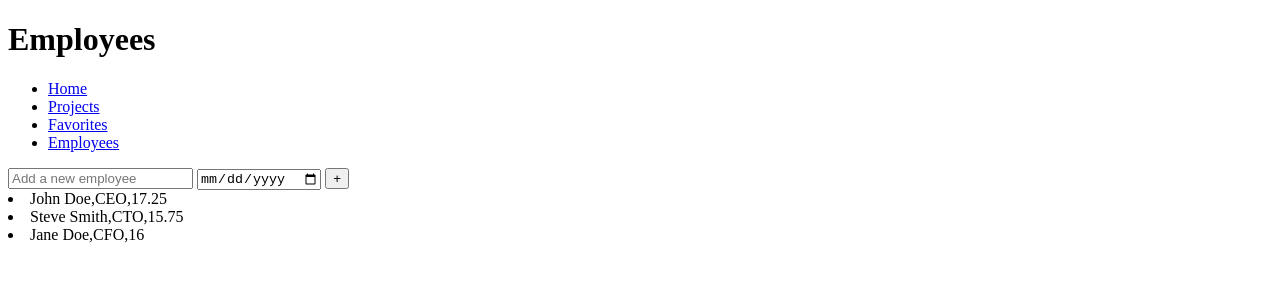
Repository: Kayla-amr/workApp
Page: client/employees.html
An editor plug-in stored every save of this project. The page is shown before and after the next save, followed by the edit.
The browser window is 1280 px wide. The pictures show the whole page.

Above is the page before, as saved 2023-12-04 06:09:35.
Console error: ReferenceError: employee is not defined

After the next save:
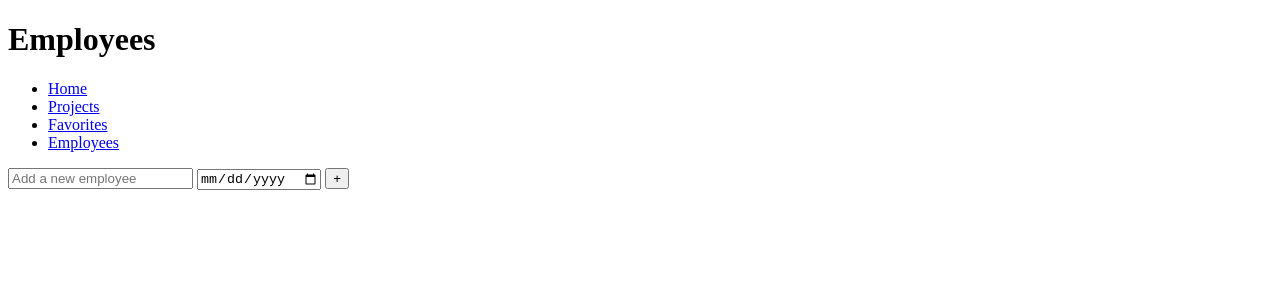
Console error: SyntaxError: Unexpected token '.'
Saved 19 s later.
--- a/client/src/main.js
+++ b/client/src/main.js
@@ -74,17 +74,7 @@
 
 
 function addEmployee() {
-    let name = document.querySelector('.name').value;
-    let title = document.querySelector('.title').value;
-    let pay = document.querySelector('.pay').value;
-    let id = employees.length + 1;
-
-    let newEmployee = {
-        id,
-        name,
-        title,
-        pay
-    };
+    let
 
     employees.push(newEmployee);
     viewWork(employees);

After the save that followed:
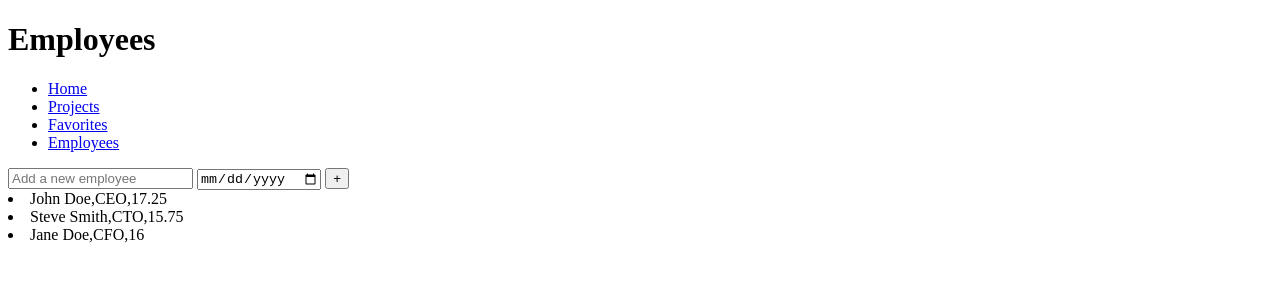
Console error: ReferenceError: employee is not defined
Saved 20 s later.
--- a/client/src/main.js
+++ b/client/src/main.js
@@ -74,7 +74,7 @@
 
 
 function addEmployee() {
-    let
+    let da
 
     employees.push(newEmployee);
     viewWork(employees);
